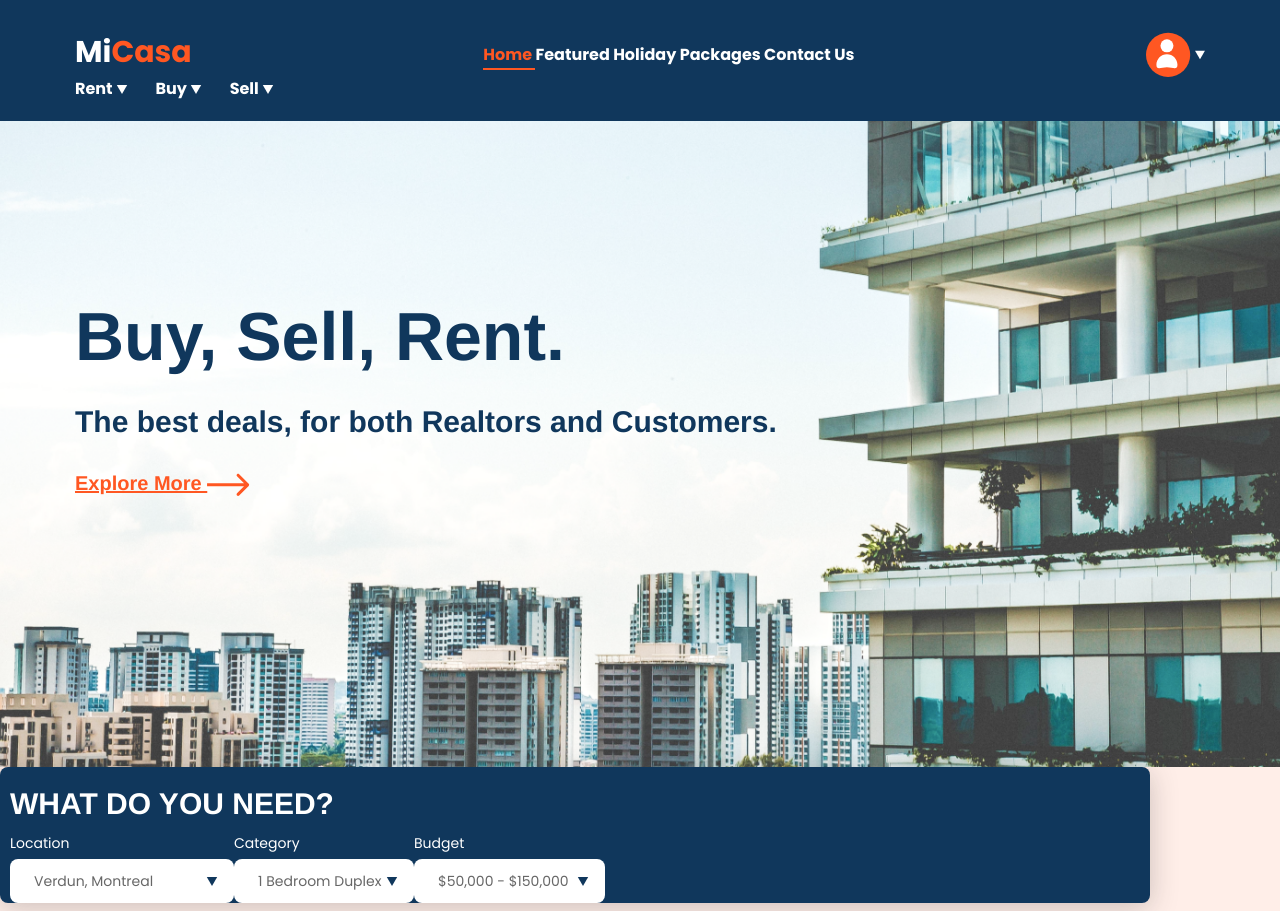
Repository: BenUnyolo/micasa-frontend
Page: index.html
The author's editor kept a copy of each file at every save. The page is drawn from the files as they stood at one save, then again after the next save.
The browser window is 1280 px wide. The pictures show the whole page.

Above is the page before, as saved 2021-10-17 12:02:55.

### index.html
<!DOCTYPE html>
<html lang="en">
  <head>
    <meta charset="UTF-8" />
    <meta http-equiv="X-UA-Compatible" content="IE=edge" />
    <meta name="viewport" content="width=device-width, initial-scale=1.0" />
    <title>Document</title>
    <link rel="stylesheet" href="tailwind.css" />
  </head>
  <body>
    <!-- HEADER -->
    <header class="pt-8 pb-5 text-white bg-primary-600">
      <div class="inner-container">
        <!-- top row -->
        <div class="flex flex-row justify-between">
          <a
            href="/"
            class="inline-block text-3xl font-bold leading-10 font-poppins"
          >
            Mi<span class="text-secondary-600">Casa</span>
          </a>
          <nav class="flex items-center inline-block">
            <ul class="font-bold li-inline space-x-14 font-poppins">
              <li
                class="
                  text-secondary-600
                  border-b-2
                  pb-0.5
                  border-secondary-600
                "
              >
                <a href="/">Home</a>
              </li>
              <li><a href="#">Featured</a></li>
              <li><a href="#">Holiday Packages</a></li>
              <li><a href="#">Contact Us</a></li>
            </ul>
          </nav>
          <div class="flex flex-row items-center">
            <img src="assets/images/user_avatar.svg" alt="user avatar" />
            <svg
              width="14"
              height="12"
              viewBox="0 0 14 12"
              fill="none"
              xmlns="http://www.w3.org/2000/svg"
              class="pl-1"
            >
              <title>profile dropdown</title>
              <path d="M7 12L0.0717964 0H13.9282L7 12Z" fill="white" />
            </svg>
          </div>
        </div>
        <!-- bottom row -->
        <div>
          <ul class="space-x-6 font-bold li-inline font-poppins">
            <li>
              Rent
              <svg
                width="12"
                height="9"
                viewBox="0 0 12 9"
                fill="none"
                xmlns="http://www.w3.org/2000/svg"
                class="inline-block"
              >
                <path d="M6 9L0.803848 0H11.1962L6 9Z" fill="white" />
              </svg>
            </li>
            <li>
              Buy
              <svg
                width="12"
                height="9"
                viewBox="0 0 12 9"
                fill="none"
                xmlns="http://www.w3.org/2000/svg"
                class="inline-block"
              >
                <path d="M6 9L0.803848 0H11.1962L6 9Z" fill="white" />
              </svg>
            </li>
            <li>
              Sell
              <svg
                width="12"
                height="9"
                viewBox="0 0 12 9"
                fill="none"
                xmlns="http://www.w3.org/2000/svg"
                class="inline-block"
              >
                <path d="M6 9L0.803848 0H11.1962L6 9Z" fill="white" />
              </svg>
            </li>
          </ul>
        </div>
      </div>
    </header>
    <!-- HERO -->
    <div class="hero">
      <div class="flex inner-container">
        <div class="w-6/12">
          <h1 class="text-primary-600">Buy, Sell, Rent.</h1>
          <h2 class="mt-7.5 text-primary-600">
            The best deals, for both Realtors and Customers.
          </h2>
          <a
            href="#"
            class="
              inline-block
              mt-7.5
              text-secondary-600
              font-helvetica font-bold
              text-xl
              underline
            "
            >Explore More
            <svg
              width="43"
              height="23"
              viewBox="0 0 43 23"
              fill="none"
              xmlns="http://www.w3.org/2000/svg"
              class="inline-block"
            >
              <path
                d="M41.6936 12.9142C42.2794 12.3284 42.2794 11.3786 41.6936 10.7929L32.1477 1.24691C31.5619 0.661127 30.6122 0.661127 30.0264 1.24691C29.4406 1.8327 29.4406 2.78245 30.0264 3.36823L38.5117 11.8535L30.0264 20.3388C29.4406 20.9246 29.4406 21.8743 30.0264 22.4601C30.6122 23.0459 31.5619 23.0459 32.1477 22.4601L41.6936 12.9142ZM0.0714722 13.3535H40.633V10.3535H0.0714722V13.3535Z"
                fill="#FF5722"
              />
            </svg>
          </a>
        </div>
      </div>
    </div>
    <!-- SEARCH & HOW IT WORKS -->
    <div class="relative">
      <!-- what do you need -->
      <div
        class="absolute w-full pt-5 text-sm text-white rounded-lg  font-poppins px-28 bg-primary-600 absolute-center inner-container -top-32"
        id="homepage-search"
      >
        <h2 class="uppercase">What do you need?</h2>
        <!-- search boxes -->
        <div class="flex mt-3">
          <!-- location -->
          <div class="w-1/3">
            <label for="location" class="block">Location</label>
            <select name="location" id="search-location">
              <option value="verdun-montreal">Verdun, Montreal</option>
              <option value="sthenri-montreal">Saint Henri, Montreal</option>
              <option value="littleburgundy-montreal">
                Little Burgundy, Montreal
              </option>
            </select>
          </div>
          <!-- category -->
          <div class="w-1/3">
            <label for="category" class="block">Category</label>
            <select name="category" id="search-category">
              <option value="1br-duplex">1 Bedroom Duplex</option>
              <option value="2br-duplex">2 Bedroom Duplex</option>
              <option value="3br-duplex">3 Bedroom Duplex</option>
            </select>
          </div>
          <!-- category -->
          <div class="w-1/3">
            <label for="budget" class="block">Budget</label>
            <select name="budget" id="search-budget">
              <option value="50k-150k">$50,000 - $150,000</option>
              <option value="150k-250k">$150,001 - $250,000</option>
              <option value="250k-350k">$250,001 - $350,000</option>
            </select>
          </div>
        </div>
      </div>
      <!-- how it works -->
      <div class="bg-secondary-600 bg-opacity-10 pt-28">
        <div class="inner-container">
          something
          <br />
          <br />
          <br />
          <br />
          <br />
          <br />
        </div>
      </div>
    </div>
  </body>
</html>

Loaded but not shown: tailwind.css (library)

After the next save:
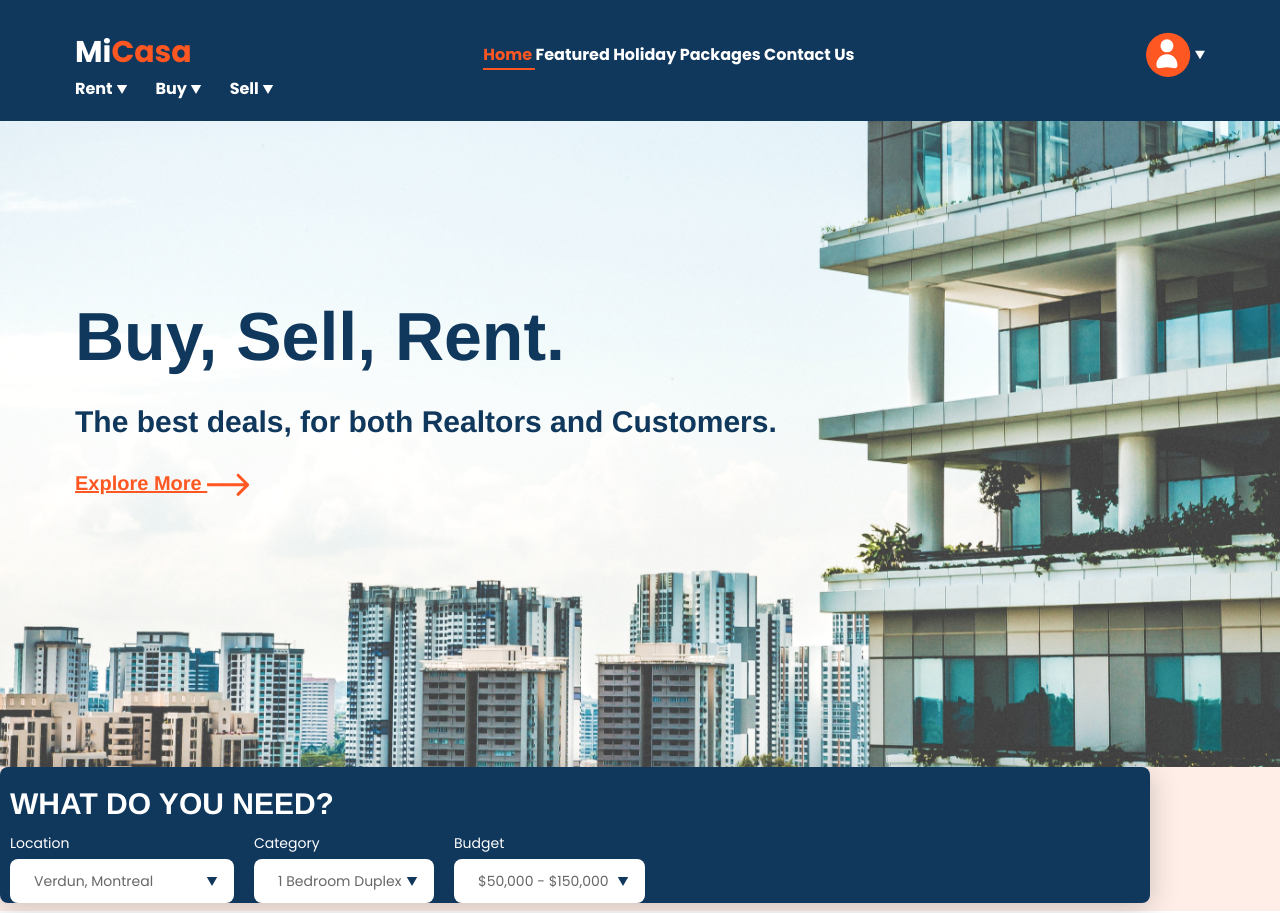
Saved 96 s later.
--- a/index.html
+++ b/index.html
@@ -142,37 +142,39 @@
       >
         <h2 class="uppercase">What do you need?</h2>
         <!-- search boxes -->
-        <div class="flex mt-3">
-          <!-- location -->
-          <div class="w-1/3">
-            <label for="location" class="block">Location</label>
-            <select name="location" id="search-location">
-              <option value="verdun-montreal">Verdun, Montreal</option>
-              <option value="sthenri-montreal">Saint Henri, Montreal</option>
-              <option value="littleburgundy-montreal">
-                Little Burgundy, Montreal
-              </option>
-            </select>
+        <span class="inline-block mt-3">
+          <div class="flex -m-2.5">
+            <!-- location -->
+            <div class="w-1/3 p-2.5">
+              <label for="location" class="block">Location</label>
+              <select name="location" id="search-location">
+                <option value="verdun-montreal">Verdun, Montreal</option>
+                <option value="sthenri-montreal">Saint Henri, Montreal</option>
+                <option value="littleburgundy-montreal">
+                  Little Burgundy, Montreal
+                </option>
+              </select>
+            </div>
+            <!-- category -->
+            <div class="w-1/3 p-2.5">
+              <label for="category" class="block">Category</label>
+              <select name="category" id="search-category">
+                <option value="1br-duplex">1 Bedroom Duplex</option>
+                <option value="2br-duplex">2 Bedroom Duplex</option>
+                <option value="3br-duplex">3 Bedroom Duplex</option>
+              </select>
+            </div>
+            <!-- category -->
+            <div class="w-1/3 p-2.5">
+              <label for="budget" class="block">Budget</label>
+              <select name="budget" id="search-budget">
+                <option value="50k-150k">$50,000 - $150,000</option>
+                <option value="150k-250k">$150,001 - $250,000</option>
+                <option value="250k-350k">$250,001 - $350,000</option>
+              </select>
+            </div>
           </div>
-          <!-- category -->
-          <div class="w-1/3">
-            <label for="category" class="block">Category</label>
-            <select name="category" id="search-category">
-              <option value="1br-duplex">1 Bedroom Duplex</option>
-              <option value="2br-duplex">2 Bedroom Duplex</option>
-              <option value="3br-duplex">3 Bedroom Duplex</option>
-            </select>
-          </div>
-          <!-- category -->
-          <div class="w-1/3">
-            <label for="budget" class="block">Budget</label>
-            <select name="budget" id="search-budget">
-              <option value="50k-150k">$50,000 - $150,000</option>
-              <option value="150k-250k">$150,001 - $250,000</option>
-              <option value="250k-350k">$250,001 - $350,000</option>
-            </select>
-          </div>
-        </div>
+        </span>
       </div>
       <!-- how it works -->
       <div class="bg-secondary-600 bg-opacity-10 pt-28">
